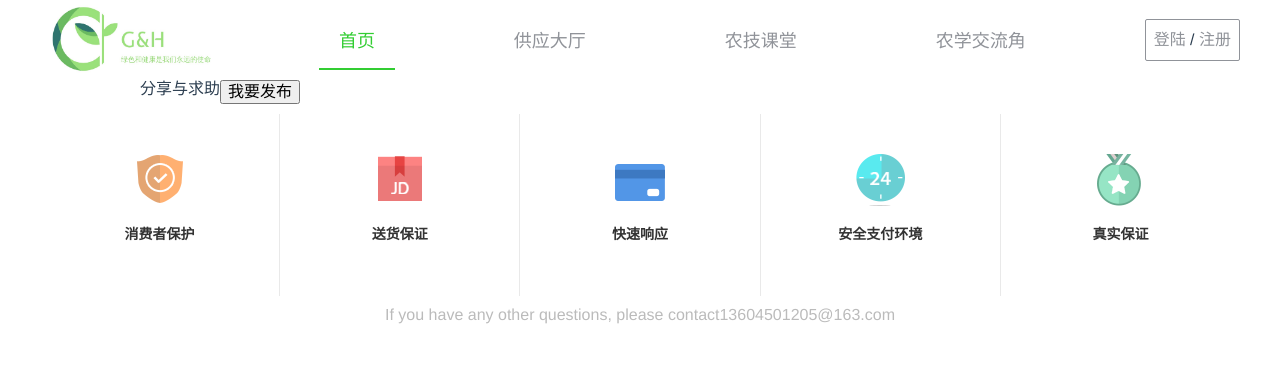
Repository: Miraitowa007/neau
Page: /communication
An editor plug-in stored every save of this project. The page is shown before and after a run of saves, followed by the edit.
The browser window is 1280 px wide. The pictures show the whole page.
The project was rebuilt for these pictures with package versions that can differ from the ones it lists, and the page was loaded fresh each time. Also part of the build but not shown: vue.config.js, src/views/home/index.vue, src/views/login/index.vue, src/views/sale/index.vue, src/views/class/index.vue.

Above is the page before, as saved 2021-04-30 11:07:23.

After the next 2 saves:
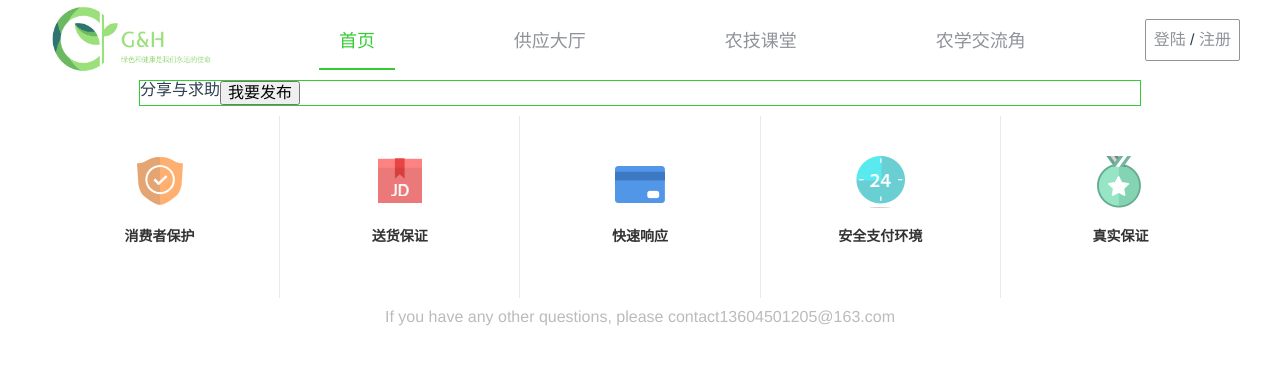
The 2 saves are shown as one change because they came seconds apart.
The last was saved 42 s later.
--- a/src/views/communication/index.vue
+++ b/src/views/communication/index.vue
@@ -21,7 +21,7 @@
         width: 1000px;
         margin: 0 auto;
         display: flex;
-
+        border: 1px solid #32CD32;
         .share{
 
         }
